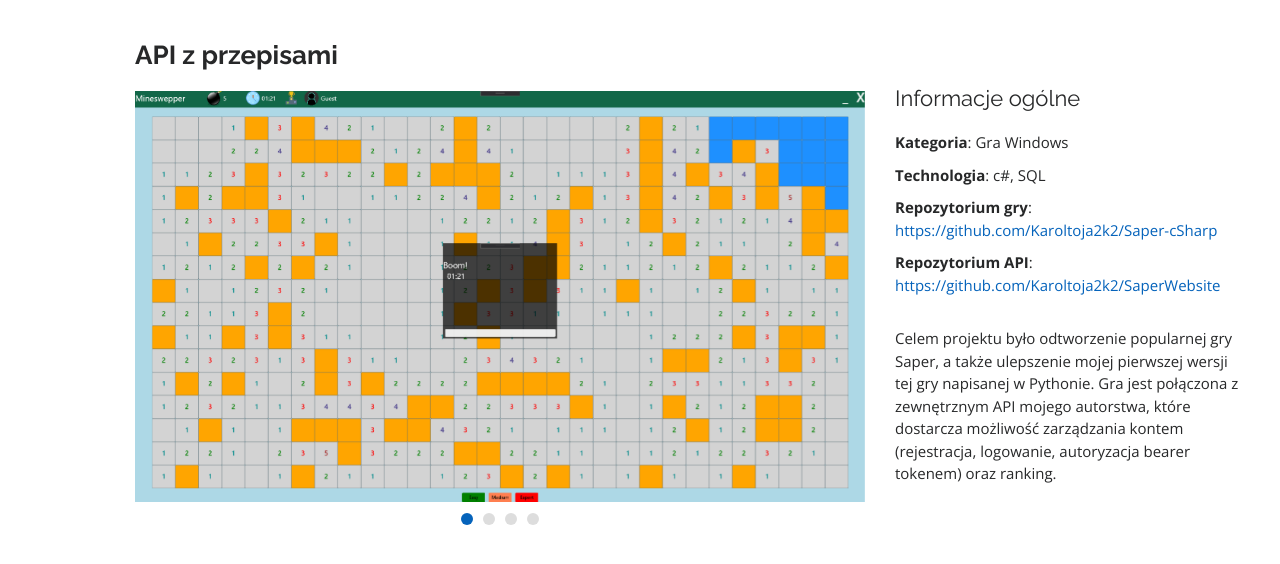
Repository: Karoltoja2k2/MyResume
Page: recipesapi-details.html
The author's editor kept a copy of each file at every save. The page is drawn from the files as they stood at one save, then again after a run of saves.
The browser window is 1280 px wide. The pictures show the whole page.
Pictures or frames that could not be fetched are drawn as grey boxes.

Above is the page before, as saved 2020-06-21 14:59:27.

After the next 2 saves:
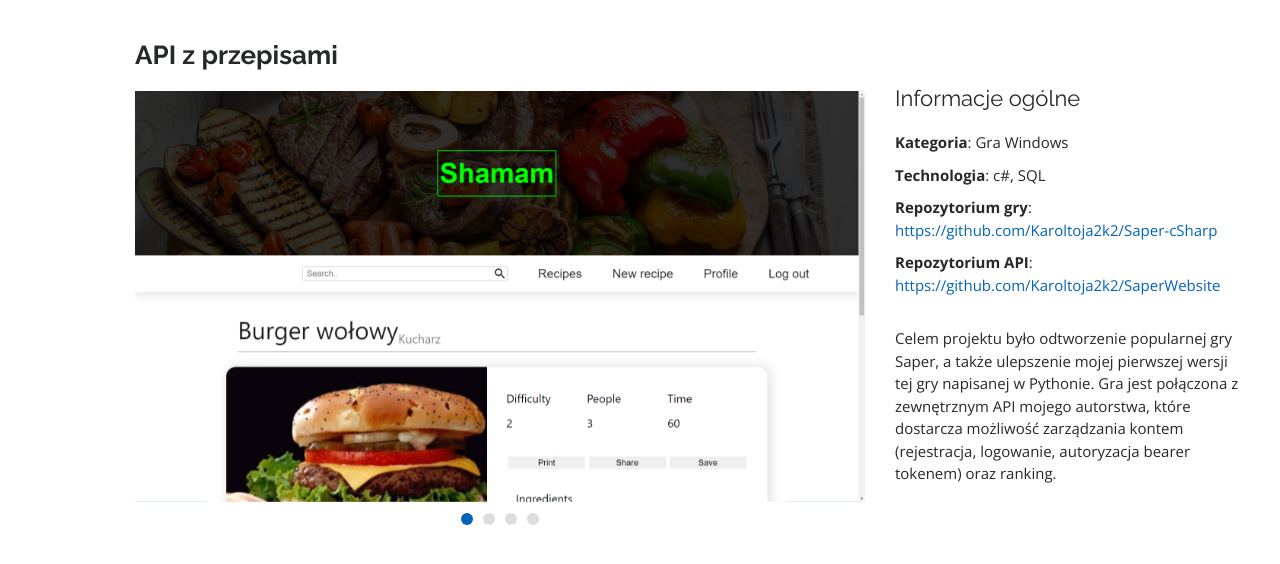
The 2 saves are shown as one change because they came seconds apart.
The last was saved 9 s later.
--- a/recipesapi-details.html
+++ b/recipesapi-details.html
@@ -50,8 +50,8 @@
           <div class="col-lg-8">
             <h2 class="portfolio-title">API z przepisami</h2>
             <div class="owl-carousel portfolio-details-carousel">
-              <img src="assets/img/portfolio/saper4.png" class="img-fluid" alt="">
-              <img src="assets/img/portfolio/saper2.png" class="img-fluid" alt="">
+              <img src="assets/img/portfolio/recipes1.png" class="img-fluid" alt="">
+              <img src="assets/img/portfolio/recipes2.png" class="img-fluid" alt="">
               <img src="assets/img/portfolio/saper3.png" class="img-fluid" alt="">
 
               <iframe src="https://www.youtube.com/embed/J8SvmkNxbS8"
